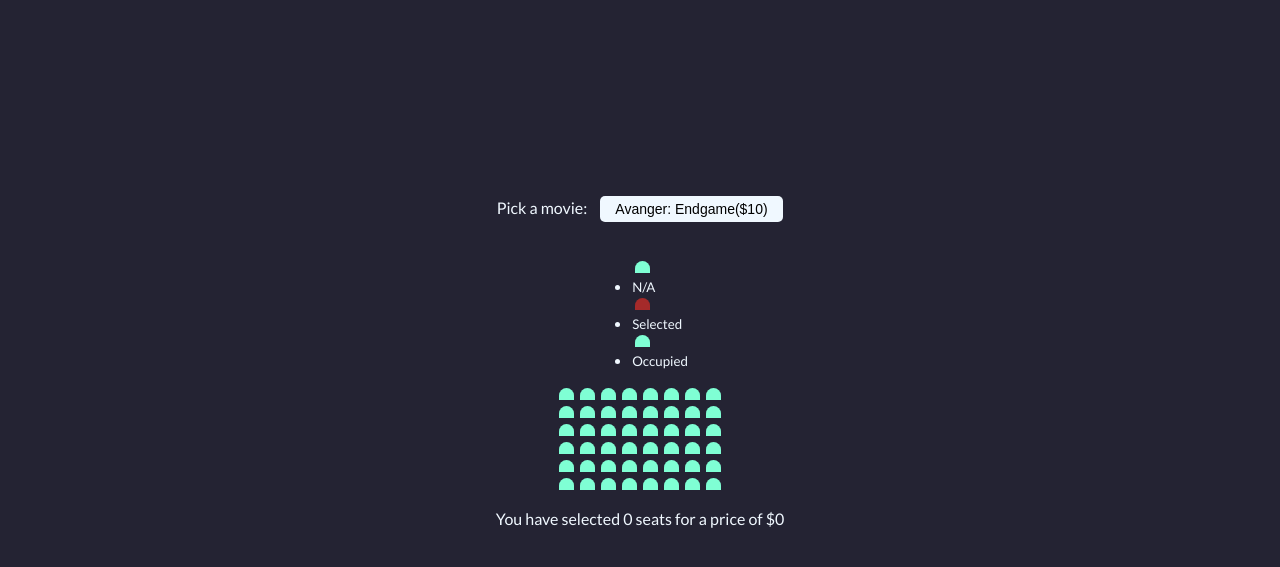
Repository: atko87/Movie-seat-Booking
Page: index.html
An editor plug-in stored every save of this project. The page is shown before and after the next save, followed by the edit.
The browser window is 1280 px wide. The pictures show the whole page.

Above is the page before, as saved 2020-03-08 13:56:59.

### index.html
<!DOCTYPE html>
<html lang="en">
  <head>
    <meta charset="UTF-8" />
    <meta name="viewport" content="width=device-width, initial-scale=1.0" />
    <link rel="stylesheet" href="style.css" />
    <title>Movie Seat Booking</title>
  </head>
  <body>
    <div class="movie-container">
      <label>Pick a movie:</label>
      <select id="movie">
        <option value="10">Avanger: Endgame($10)</option>
        <option value="12">Joker ($12)</option>
        <option value="8">Neretva($15)</option>
        <option value="9">Delfina ($20)</option>
      </select>
    </div>

    <ul class="showcase">
      <li>
        <div class="seat"></div>
        <small>N/A</small>
      </li>
      <li>
        <div class="seat selected"></div>
        <small>Selected</small>
      </li>
      <li>
        <div class="seat occupied"></div>
        <small>Occupied</small>
      </li>
    </ul>

    <div class="container">
      <div class="screen"></div>
      <div class="row">
        <div class="seat"></div>
        <div class="seat"></div>
        <div class="seat"></div>
        <div class="seat"></div>
        <div class="seat"></div>
        <div class="seat"></div>
        <div class="seat"></div>
        <div class="seat"></div>
      </div>
      <div class="row">
        <div class="seat"></div>
        <div class="seat"></div>
        <div class="seat"></div>
        <div class="seat occupied"></div>
        <div class="seat occupied"></div>
        <div class="seat"></div>
        <div class="seat"></div>
        <div class="seat"></div>
      </div>
      <div class="row">
        <div class="seat"></div>
        <div class="seat"></div>
        <div class="seat"></div>
        <div class="seat"></div>
        <div class="seat"></div>
        <div class="seat"></div>
        <div class="seat occupied"></div>
        <div class="seat occupied"></div>
      </div>
      <div class="row">
        <div class="seat"></div>
        <div class="seat"></div>
        <div class="seat"></div>
        <div class="seat"></div>
        <div class="seat"></div>
        <div class="seat"></div>
        <div class="seat"></div>
        <div class="seat"></div>
      </div>
      <div class="row">
        <div class="seat"></div>
        <div class="seat"></div>
        <div class="seat"></div>
        <div class="seat occupied"></div>
        <div class="seat occupied"></div>
        <div class="seat"></div>
        <div class="seat"></div>
        <div class="seat"></div>
      </div>
      <div class="row">
        <div class="seat"></div>
        <div class="seat"></div>
        <div class="seat"></div>
        <div class="seat"></div>
        <div class="seat"></div>
        <div class="seat"></div>
        <div class="seat occupied"></div>
        <div class="seat occupied"></div>
      </div>
    </div>
    <p class="text">
      You have selected <span id="count">0 </span>seats for a price of $<span
        id="total"
        >0</span
      >
    </p>
    <script src="script.js"></script>
  </body>
</html>

### style.css
@import url("https://fonts.googleapis.com/css?family=Lato&display=swap");

* {
  box-sizing: border-box;
}

body {
  background-color: #242333;
  color: aliceblue;
  display: flex;
  flex-direction: column;
  align-items: center;
  justify-content: center;
  height: 100vh;
  font-family: "Lato", sans-serif;
  margin: 0;
}

.movie-container {
  margin: 20px 0;
}

.movie-container select {
  background-color: aliceblue;
  border: 0;
  border-radius: 5px;
  font-size: 14px;
  margin-left: 10px;
  padding: 5px 15px 5px 15px;
  -moz-appearance: none;
  -webkit-appearance: none;
  appearance: none;
}
.seat {
  background-color: aquamarine;
  height: 12px;
  width: 15px;
  margin: 3px;
  border-top-left-radius: 10px;
  border-top-right-radius: 10px;
}
.seat.selected {
  background-color: brown;
}
.row {
  display: flex;
}

Loaded but not shown: script.js (no copy from this time; the picture is the same without it)

After the next save:
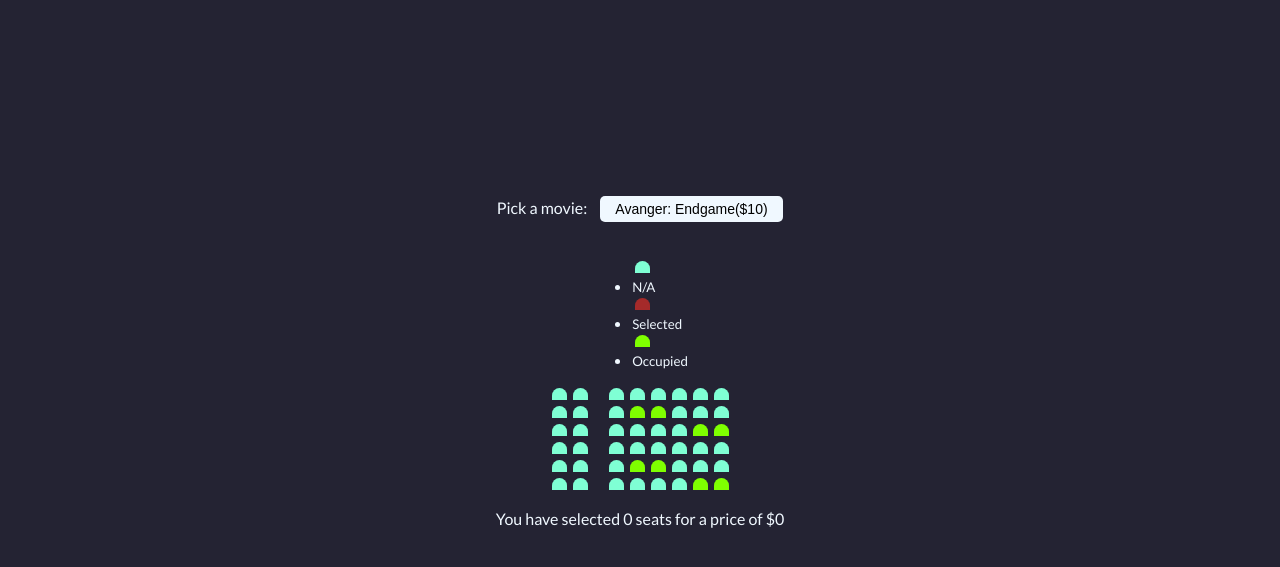
Saved 94 s later.
--- a/style.css
+++ b/style.css
@@ -42,6 +42,12 @@
 .seat.selected {
   background-color: brown;
 }
+.seat.occupied {
+  background-color: chartreuse;
+}
+.seat:nth-of-type(2) {
+  margin-right: 18px;
+}
 .row {
   display: flex;
 }
